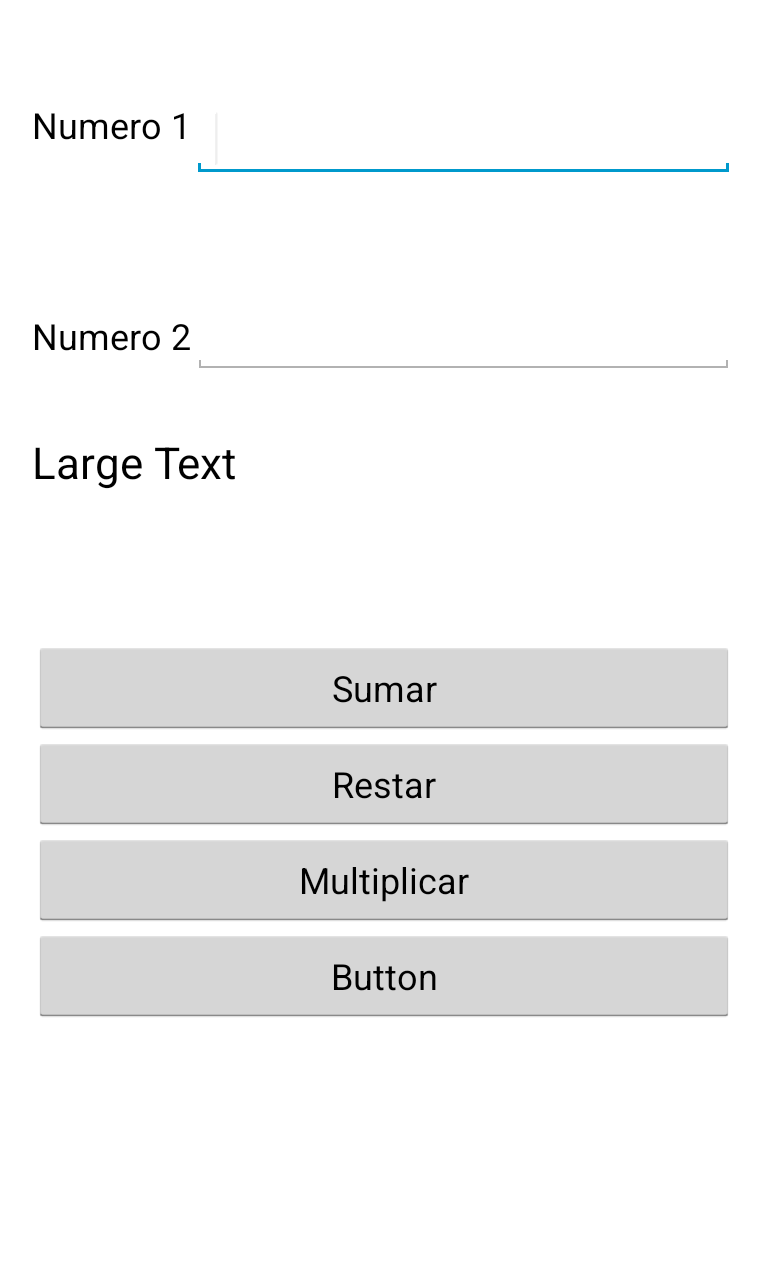
Repository: evervasquez/CursoAndroid
Layout: Precalculadora/res/layout/fragment_main.xml
The author's editor kept a copy of each file at every save. The layout is drawn from the files as they stood at one save, then again after the next save.
It is drawn on a 768 x 1280 px phone screen (xhdpi) without system bars, with theme AppTheme; the app's code is not run.

Above is the layout before, as saved 2014-04-29 03:41:32.

After the next save:
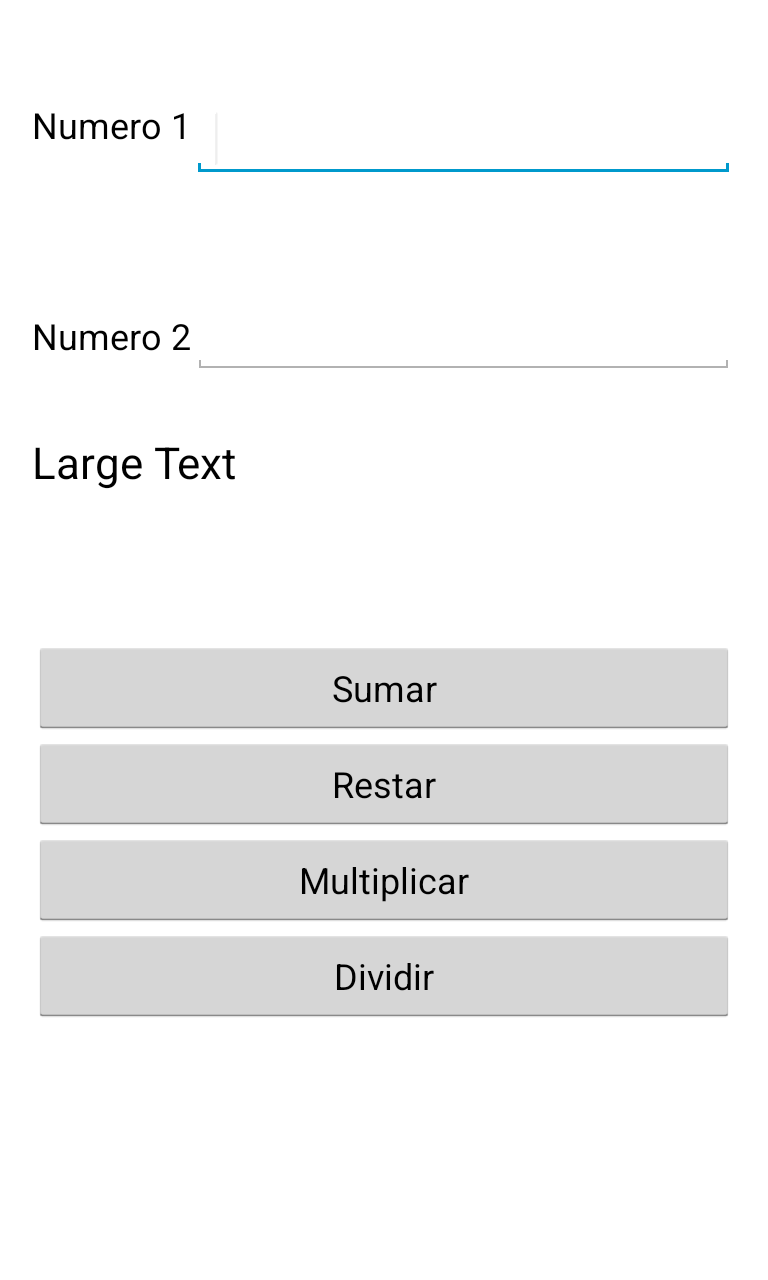
Saved 8 s later.
--- a/Precalculadora/res/layout/fragment_main.xml
+++ b/Precalculadora/res/layout/fragment_main.xml
@@ -100,7 +100,7 @@
 		    android:id="@+id/btn_dividir"
 		    android:layout_width="fill_parent"
 		    android:layout_height="wrap_content"
-		    android:text="Button" />
+		    android:text="@string/txt_dividir" />
 
 	</LinearLayout>
 
